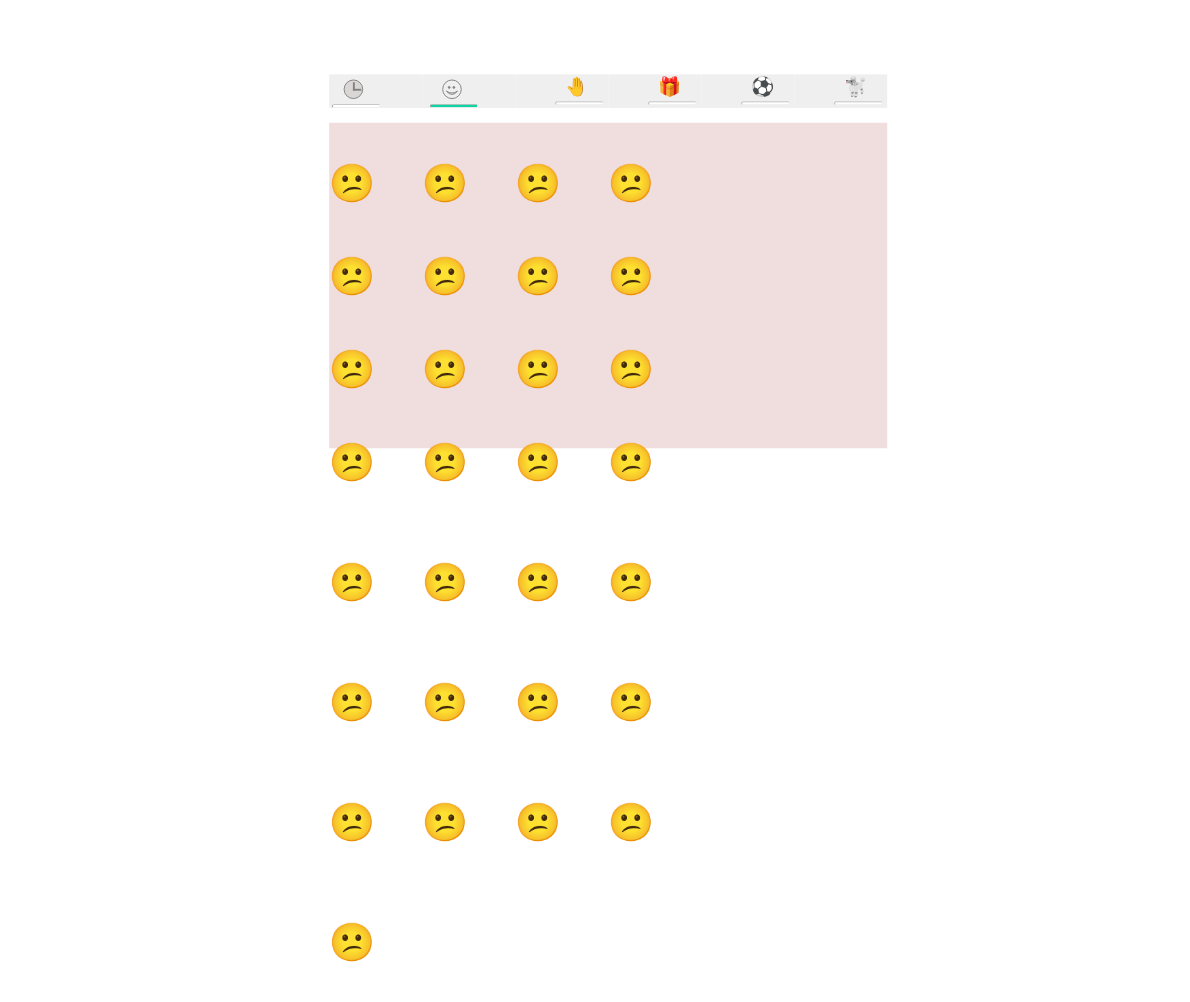
Repository: Gaj123-coder/emoji-search-app
Page: /
An editor plug-in stored every save of this project. The page is shown before and after the next save, followed by the edit.
The browser window is 1280 px wide. The pictures show the whole page, at 93% of full size.
The project was rebuilt for these pictures with package versions that can differ from the ones it lists, and the page was loaded fresh each time.

Above is the page before, as saved 2021-10-31 12:40:59.

### public/index.html
<!DOCTYPE html>
<html>
    <head>
        <title>Emoji Search</title>
        <meta charset="UTF-8">
        <meta name="author" content="Gajanan C Hegde">
        <meta name="description" content="A simple emoji search app using React JS">
        <meta name="view-port" content="width=device-width,initial-scale=1">
        <meta property="og:title" content="emoji">
        <meta property="og:description" content="An emoji searh app">
        <meta property="og:url" content="http://www.emojis..com">
        <meta property="og:image" content="https://seeklogo.com/images/S/smile-with-glasses-emoji-logo-0C5A7F9874-seeklogo.com.png">
        <meta property="twitter:title" content="Emoji Search">
        <meta property="twitter:image" content="https://seeklogo.com/images/S/smile-with-glasses-emoji-logo-0C5A7F9874-seeklogo.com.png">
        <meta property="twitter:description" content="A simple recat js emloji search app">
        <meta property="twitter:card" content="summary_large_page">
        <meta property="facebook:title" content="Emoji Search">
        <meta property="facebook:image" content="https://seeklogo.com/images/S/smile-with-glasses-emoji-logo-0C5A7F9874-seeklogo.com.png">
        <meta property="facebooks:description" content="A simple react app for emoji search">
        <meta proprty="facebook:url" content="https://www.emojis.com">
        <link rel="canonical" href="index.html"/>
    </head>
    <body>
        <div id="root"></div>
    </body>
</html>

### src/App.js
import React, { useState } from "react";
import Res from "./Components/Result/result";
import "./App.css";
function App() {
  const [emotion, setEmotion] = useState("smiley1");
  const emotionSelector = (event) => {
    event.preventDefault();
    const ref_id = event.target.id;
    setEmotion(ref_id);
  };
  console.log(emotion);
  return (
    <React.Fragment>
      <form className="dec">
        <button
          type="submit"
          id="recent1"
          className="dec-child"
          onClick={emotionSelector}
        >
          <svg>
            <circle
              cx="20"
              cy="15"
              r="10px"
              stroke="grey"
              strokeWidth="1px"
              fill="rgb(218, 214, 214)"
            />
            <rect
              x="20"
              y="8"
              width="1px"
              height="8px"
              stroke="grey"
              strokeWidth="1px"
              fill="rgb(218, 214, 214)"
            />
            <rect
              x="20"
              y="15"
              width="8px"
              height="1px"
              stroke="grey"
              strokeWidth="1px"
              fill="rgb(218, 214, 214)"
            />
          </svg>
          <hr
            className="cir-pos"
            style={{
              width: "50px",
              borderRadius: "200px",
              height: "2px",
              backgroundColor:
                "recent1" === emotion ? "rgb(14, 211, 162)" : "white",
            }}
          ></hr>
        </button>
        <button
          type="submit"
          id="smiley1"
          className="dec-child"
          onClick={emotionSelector}
        >
          <svg>
            <circle
              cx="26"
              cy="15"
              r="10px"
              stroke="grey"
              strokeWidth="1px"
              fill="none"
            />
            <path
              d="M20 17 Q26 21 32 17"
              stroke="grey"
              strokeWidth="1px"
              fill="none"
            />
            <path
              d="M20 17 Q26 24 32 17"
              stroke="grey"
              strokeWidth="1px"
              fill="none"
            />
            <circle
              cx="23"
              cy="13"
              r="1"
              stroke="grey"
              strokeWidth="1px"
              fill="grey"
            />
            <circle
              cx="28"
              cy="13"
              r="1"
              stroke="grey"
              strokeWidth="1px"
              fill="grey"
            />
          </svg>
          <hr
            className="smil-pos"
            style={{
              width: "50px",
              borderRadius: "200px",
              height: "2px",
              backgroundColor:
                "smiley1" === emotion ? "rgb(14, 211, 162)" : "white",
            }}
          ></hr>
        </button>
        <button
          type="submit"
          id="hands1"
          className="dec-child"
          onClick={emotionSelector}
        >
          <p style={{ fontSize: "20px" }}>&#129306;</p>
          <hr
            className="rem-pos"
            style={{
              width: "50px",
              borderRadius: "200px",
              height: "2px",
              backgroundColor:
                "hands1" === emotion ? "rgb(14, 211, 162)" : "white",
            }}
          />
        </button>
        <button
          type="submit"
          id="gift1"
          className="dec-child"
          onClick={emotionSelector}
        >
          <p style={{ fontSize: "20px" }}>&#127873;</p>
          <hr
            className="rem-pos"
            style={{
              width: "50px",
              borderRadius: "200px",
              height: "2px",
              backgroundColor:
                "gift1" === emotion ? "rgb(14, 211, 162)" : "white",
            }}
          />
        </button>
        <button
          type="submit"
          id="sports1"
          className="dec-child"
          onClick={emotionSelector}
        >
          <p style={{ fontSize: "20px" }}>&#9917;</p>
          <hr
            className="rem-pos"
            style={{
              width: "50px",
              borderRadius: "200px",
              height: "2px",
              backgroundColor:
                "sports1" === emotion ? "rgb(14, 211, 162)" : "white",
            }}
          />
        </button>
        <button
          type="submit"
          id="animals1"
          className="dec-child"
          onClick={emotionSelector}
        >
          <p style={{ fontSize: "20px" }}>&#128041;</p>
          <hr
            className="rem-pos"
            style={{
              width: "50px",
              borderRadius: "200px",
              height: "2px",
              backgroundColor:
                "animals1" === emotion ? "rgb(14, 211, 162)" : "white",
            }}
          />
        </button>
      </form>
      <Res emotion={emotion} />
    </React.Fragment>
  );
}

export default App;

### src/Components/Result/result.js
import Em from "./res.module.css";
import {sad1,worry1,angry1,happy1,smiley1,animals1,peace1,love1,joy1,laugh1,gift1,smile1,hands1,sports1,supper1,evil1,shy1,tasty1,confuse1,sleepy1} from "../emotions";
import { useEffect, useState } from "react";
const Res=(props)=>{
    const [data,setData]=useState(smiley1);
    useEffect(()=>{
        console.log(props);
        if(props.emotion==="smiley1"){
            setData(smiley1);
        }

    },[]);
    return (
        <div className={Em["emoji"]}>
            {data.map((val)=>{
                return <div>
                    <p style={{fontSize:"40px"}}>&#128533;</p>
                </div>
                console.log(val);
            })}
        </div>
    );

}

export default Res;

### src/App.css
.dec{
  width: 700px;
  height:36px;
  position: relative;
  left:19rem;
  top:5rem;
  display:flex;
  flex-direction:row;
  flex-wrap:nowrap;
  align-items: center;
  justify-content: center;
}

.dec-child>svg{
  width:inherit;
  height:inherit;
}

.dec-child{
  height:36px;
  width:100px;
}

.dec-child>p{
  position: relative;
  left:1rem;
  display: inline;
}

.dec-child>hr{
  width:"50px";
  border-radius:"200px";
  height:"2px";
  background-color:"rgb(14, 211, 162)";
}

.cir-pos{
  position: relative;
  right:1.3rem;
  bottom: 0.9rem;
}

.smil-pos{
  position: relative;
  right:1rem;
  bottom: 0.9rem;
}

.rem-pos{
  position: relative;
  left:1.2rem;
  bottom:3px;
}

.dec-child,.dec-child:hover,:active{
  border:none;
  margin:none;
}

### src/Components/Result/res.module.css
.emoji{
    width: 600px;
    height:350px;
    position: relative;
    left:22.1rem;
    top:6rem;
    background-color: rgb(240, 221, 221);
    display: grid;
    grid-template-rows:100px 100px 100px;
    grid-template-columns: 100px 100px 100px 100px;
}

### src/Components/emotions.js
const sad=[128524,"128528",'128530',"128532","128542","128546","128549","128557"]
const worry=["128524","128529","128531","128532","128533","128543","128552","128553"]
const angry=["128520","128544","128545","128548","12855"]
const happy=["128512","128513","128514","128518","128522"]
const love=["128525","128535","128536","128537","128538"]
const joy=["128513","128517","128519","128521","128539","128540","128541"]
const laugh=["128513","128514","128518"]
const smile=["128512","128516"]
const gift=["127873","127891","127894","127874","127879","129395","127882","127876"]
const sports=["127939","127943","127947","","","","","","",""]
const hands=["128075","128588","129309","65039","128591","128077","129305","129304","128076","129306"]
const supper=["128526","128527"]
const peace=["128512","128515","128516","128519"]
const evil=["128520"]
const shy=["128522"]
const tasty=["128523"]
const confuse=["128534","128533","128550"]
const sleepy=["128554"]
const animals=["128053","128018","129421","128054","128021","128041","129418","129409","128047"]
const smiley=[128512,128513,128514,128515,128516,128517,128518,128519,128520,128521,128522,128523,128524,128525,
128526,128527,128528,128529,128530,128531,128532,128533,128534,128535,128536,128537,128538,128539,128540]

export const smiley1=smiley;
export const peace1=peace;
export const sad1=sad;
export const happy1=happy;
export const worry1=worry;
export const angry1=angry;
export const love1=love;
export const joy1=joy;
export const laugh1=laugh;
export const gift1=gift;
export const smile1=smile;
export const sports1=sports;
export const hands1=hands;
export const supper1=supper;
export const evil1=evil;
export const shy1=shy;
export const tasty1=tasty;
export const confuse1=confuse;
export const sleepy1=sleepy;
export const animals1=animals;

Loaded but not shown: src/index.js (common file); src/index.css (common file)

After the next save:
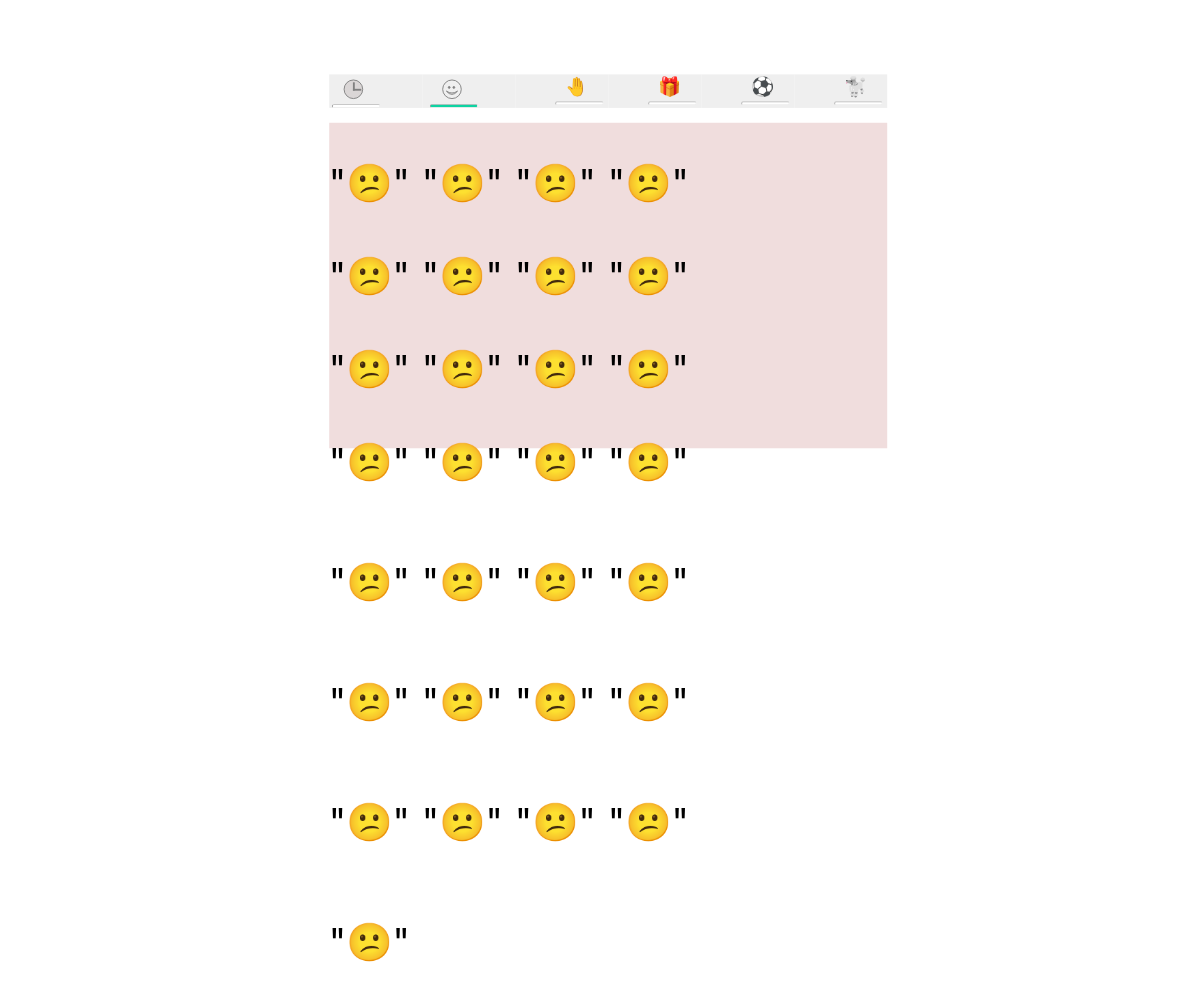
Saved 60 s later.
--- a/src/Components/Result/result.js
+++ b/src/Components/Result/result.js
@@ -14,7 +14,7 @@
         <div className={Em["emoji"]}>
             {data.map((val)=>{
                 return <div>
-                    <p style={{fontSize:"40px"}}>&#128533;</p>
+                    <p style={{fontSize:"40px"}}>"&#128533;"</p>
                 </div>
                 console.log(val);
             })}

After the save that followed:
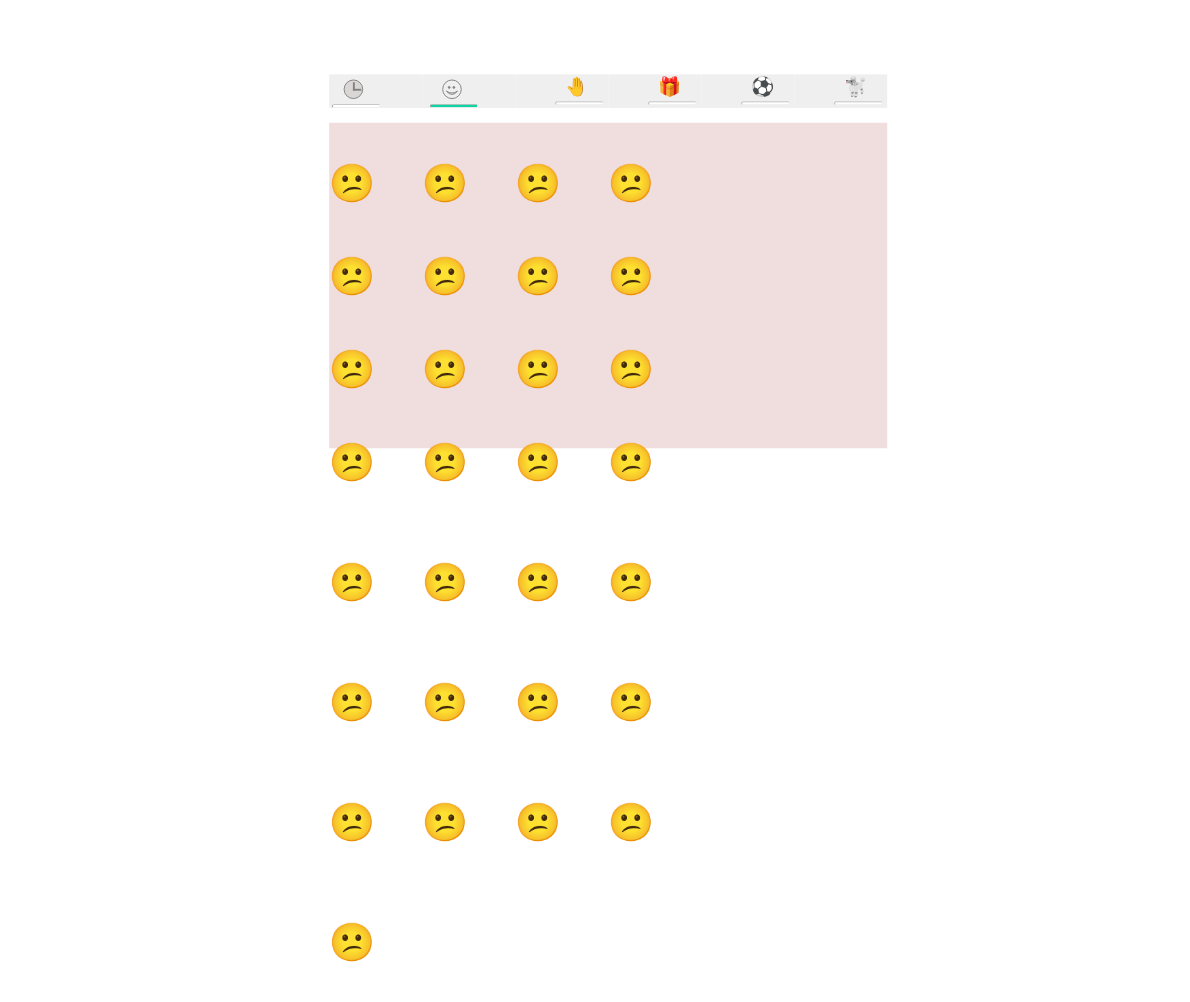
Saved 9 s later.
--- a/src/Components/Result/result.js
+++ b/src/Components/Result/result.js
@@ -14,7 +14,7 @@
         <div className={Em["emoji"]}>
             {data.map((val)=>{
                 return <div>
-                    <p style={{fontSize:"40px"}}>"&#128533;"</p>
+                    <p style={{fontSize:"40px"}}>&#128533;</p>
                 </div>
                 console.log(val);
             })}
